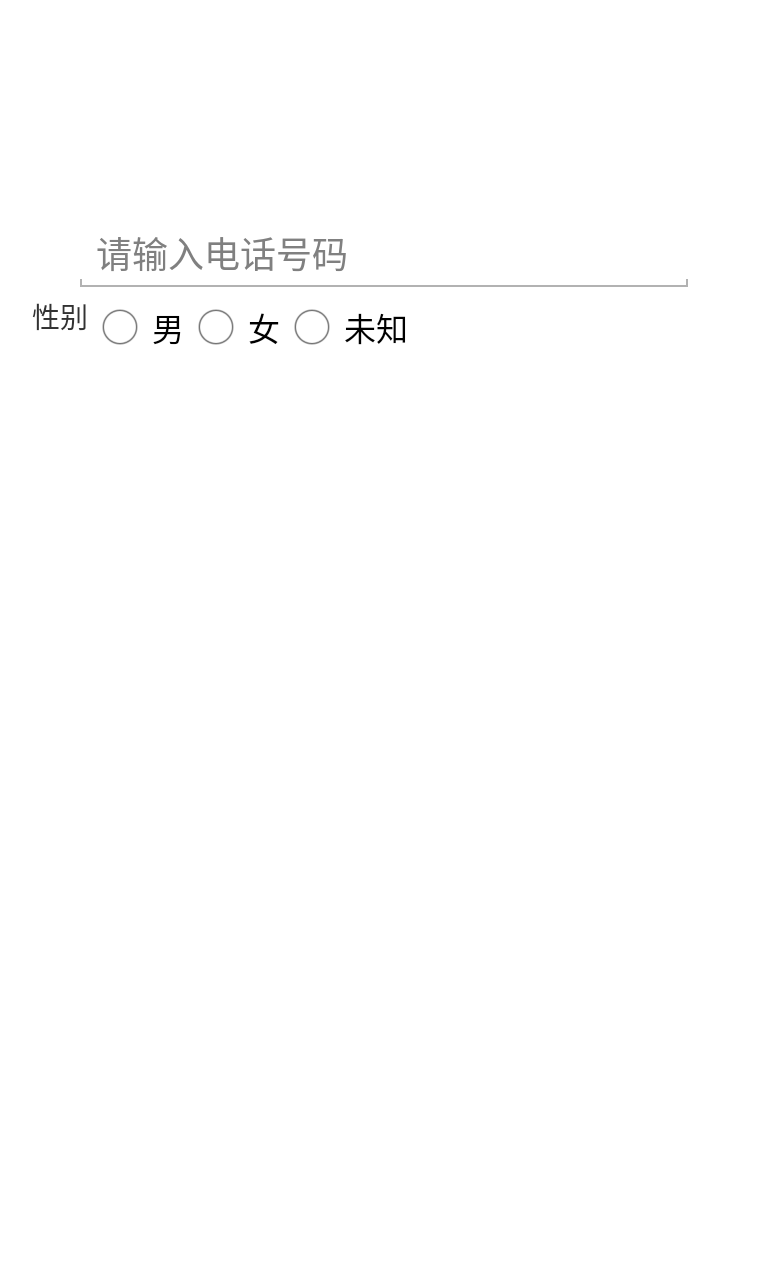
Repository: sonyi/androidClass
Layout: day04/PhoneDemo/res/layout/activity_main.xml
An editor plug-in stored every save of this project. The layout is shown before and after the next save, followed by the edit.
It is drawn on a 768 x 1280 px phone screen (xhdpi) without system bars, with theme AppTheme; the app's code is not run.

Above is the layout before, as saved 2014-05-29 09:48:12.

### day04/PhoneDemo/res/layout/activity_main.xml
<RelativeLayout xmlns:android="http://schemas.android.com/apk/res/android"
    xmlns:tools="http://schemas.android.com/tools"
    android:layout_width="match_parent"
    android:layout_height="match_parent"
    android:orientation="vertical"
    android:paddingBottom="@dimen/activity_vertical_margin"
    android:paddingLeft="@dimen/activity_horizontal_margin"
    android:paddingRight="@dimen/activity_horizontal_margin"
    android:paddingTop="@dimen/activity_vertical_margin"
    tools:context=".MainActivity" >

    <Gallery
        android:id="@+id/gallery"
        android:layout_width="80dp"
        android:layout_height="80dp"
        android:layout_centerHorizontal="true" />

    <AutoCompleteTextView
        android:id="@+id/phone_number"
        android:layout_width="match_parent"
        android:layout_height="wrap_content"
        android:layout_below="@id/gallery"
        android:layout_marginLeft="20dp"
        android:layout_marginRight="20dp"
        android:layout_marginTop="10dp"
        android:hint="@string/ph_num_hider"
        android:inputType="phone"
        android:maxLength="11" />

    <TextView
        android:id="@+id/tv_sex"
        android:layout_width="wrap_content"
        android:layout_height="wrap_content"
        android:layout_below="@id/phone_number"
        android:text="@string/sex" />

    <RadioGroup
        android:id="@+id/rg_sex"
        android:layout_width="match_parent"
        android:layout_height="wrap_content"
        android:layout_toRightOf="@id/tv_sex"
        android:layout_alignTop="@id/tv_sex"
        android:orientation="horizontal" >

        <RadioButton
            android:id="@+id/rb_male"
            android:layout_width="wrap_content"
            android:layout_height="wrap_content"
            android:text="@string/male" />
        <RadioButton
            android:id="@+id/rb_female"
            android:layout_width="wrap_content"
            android:layout_height="wrap_content"
            android:text="@string/female" />

        <RadioButton
            android:id="@+id/rb_unknown"
            android:layout_width="wrap_content"
            android:layout_height="wrap_content"
            android:text="@string/unknown" />


    </RadioGroup>

</RelativeLayout>

### day04/PhoneDemo/res/values/strings.xml
<?xml version="1.0" encoding="utf-8"?>
<resources>

    <string name="app_name">电话号码输入界面</string>
    <string name="action_settings">Settings</string>
    <string name="ph_num_hider">请输入电话号码</string>
    <string name="sex">性别</string>
    <string name="male">男</string>
    <string name="female">女</string>
    <string name="unknown">未知</string>

</resources>

Loaded but not shown: day04/PhoneDemo/res/values/styles.xml (common file); day04/PhoneDemo/res/values-v11/styles.xml (common file); day04/PhoneDemo/res/values-v14/styles.xml (common file); day04/PhoneDemo/res/values/dimens.xml (common file)

After the next save:
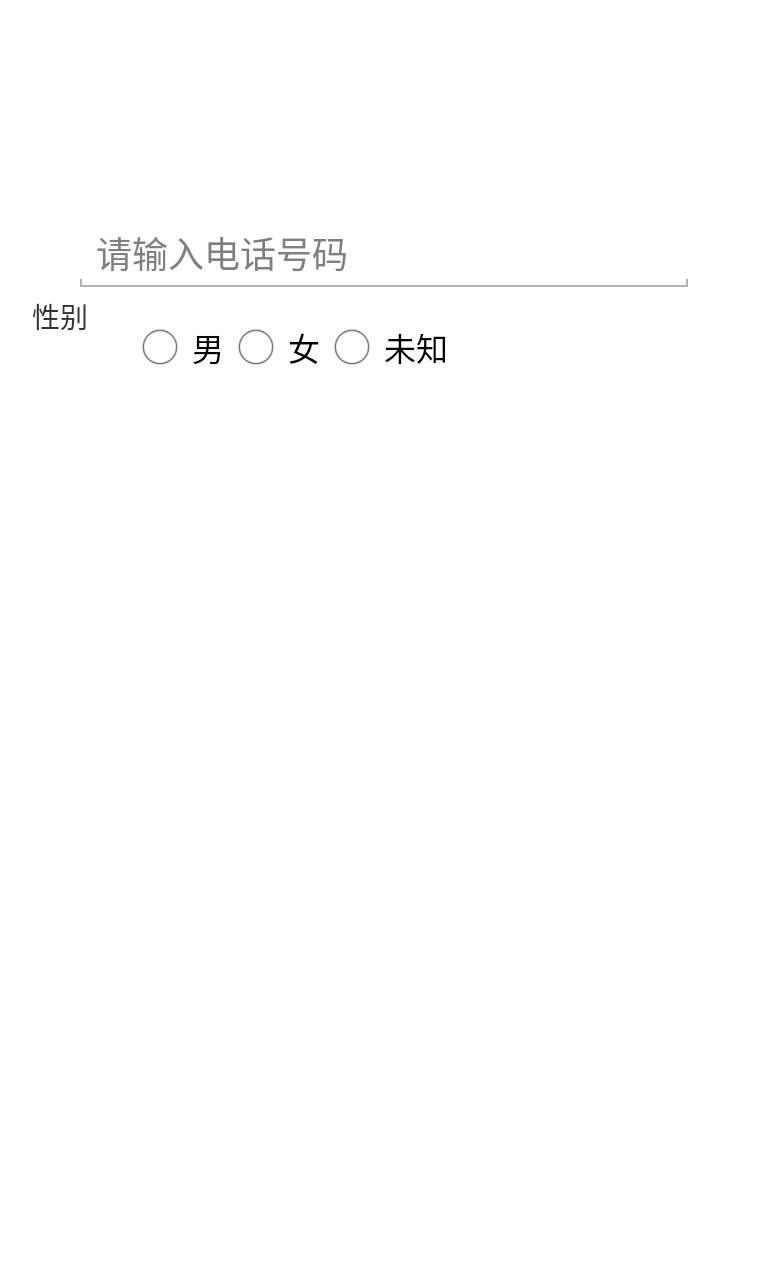
Saved 39 s later.
--- a/day04/PhoneDemo/res/layout/activity_main.xml
+++ b/day04/PhoneDemo/res/layout/activity_main.xml
@@ -38,6 +38,9 @@
         android:id="@+id/rg_sex"
         android:layout_width="match_parent"
         android:layout_height="wrap_content"
+        android:layout_marginTop="10dp"
+        android:layout_marginLeft="20dp"
+
         android:layout_toRightOf="@id/tv_sex"
         android:layout_alignTop="@id/tv_sex"
         android:orientation="horizontal" >
